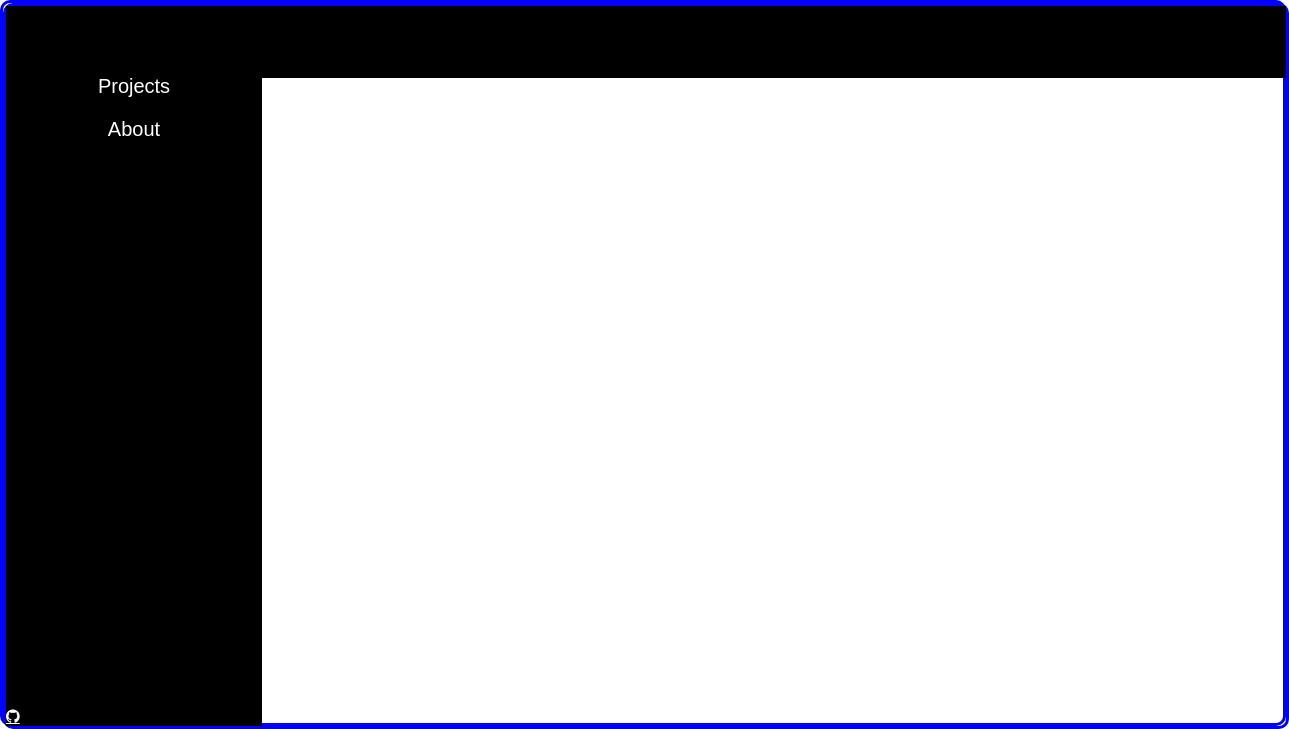
Repository: josephinel6/josephinel6.github.io
Page: index.html
The author's editor kept a copy of each file at every save. The page is drawn from the files as they stood at one save, then again after the next save.
The browser window is 1280 px wide. The page is 1289 px wide, so the pictures cover 1289 px, including what lies to the right of the window. The pictures show the whole page.

Above is the page before, as saved 2023-04-04 10:48:17.

After the next save:
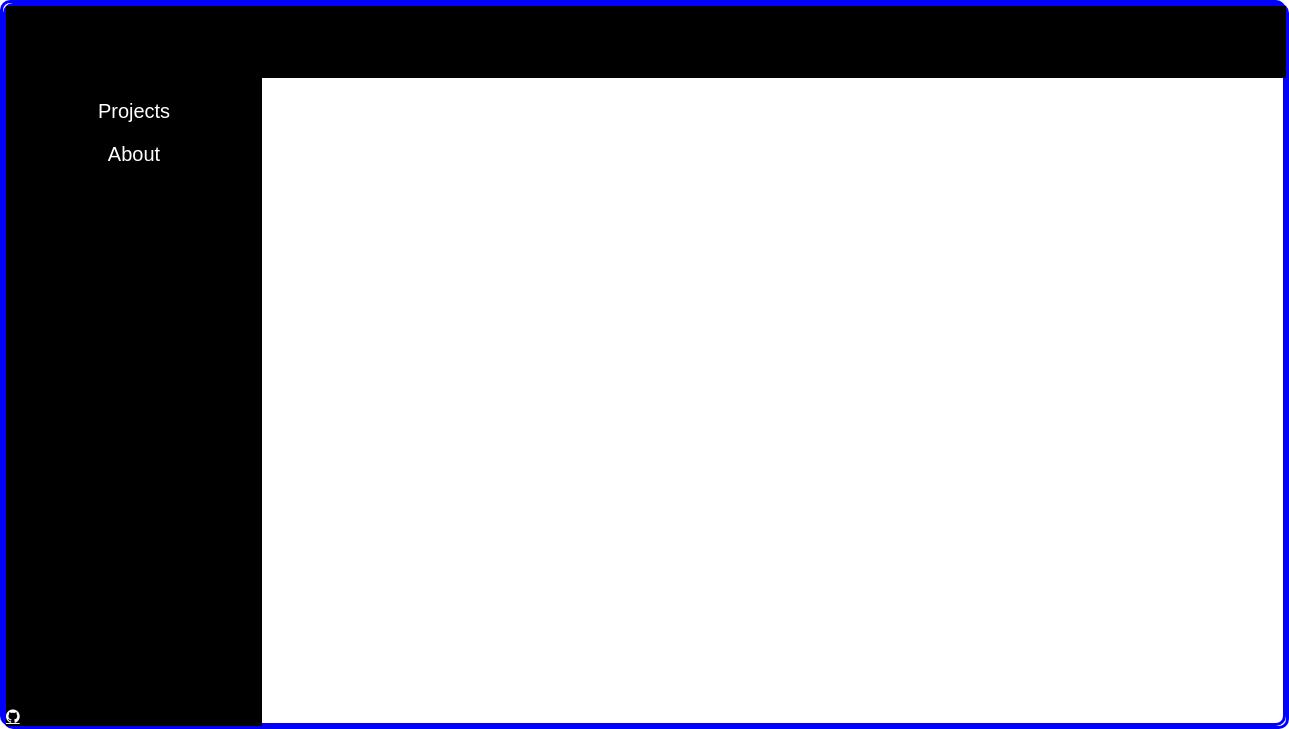
Saved 5 s later.
--- a/index.html
+++ b/index.html
@@ -63,7 +63,7 @@
     <div id="menu">
         <div>
             <CENTER>
-                <p class="menutext" style="margin-top: 10%"> Home </p>
+                <p class="menutext" style="margin-top: 20%"> Home </p>
                 <p class="menutext"> Projects </p>
                 <p class="menutext"> About </p>
             </CENTER>
